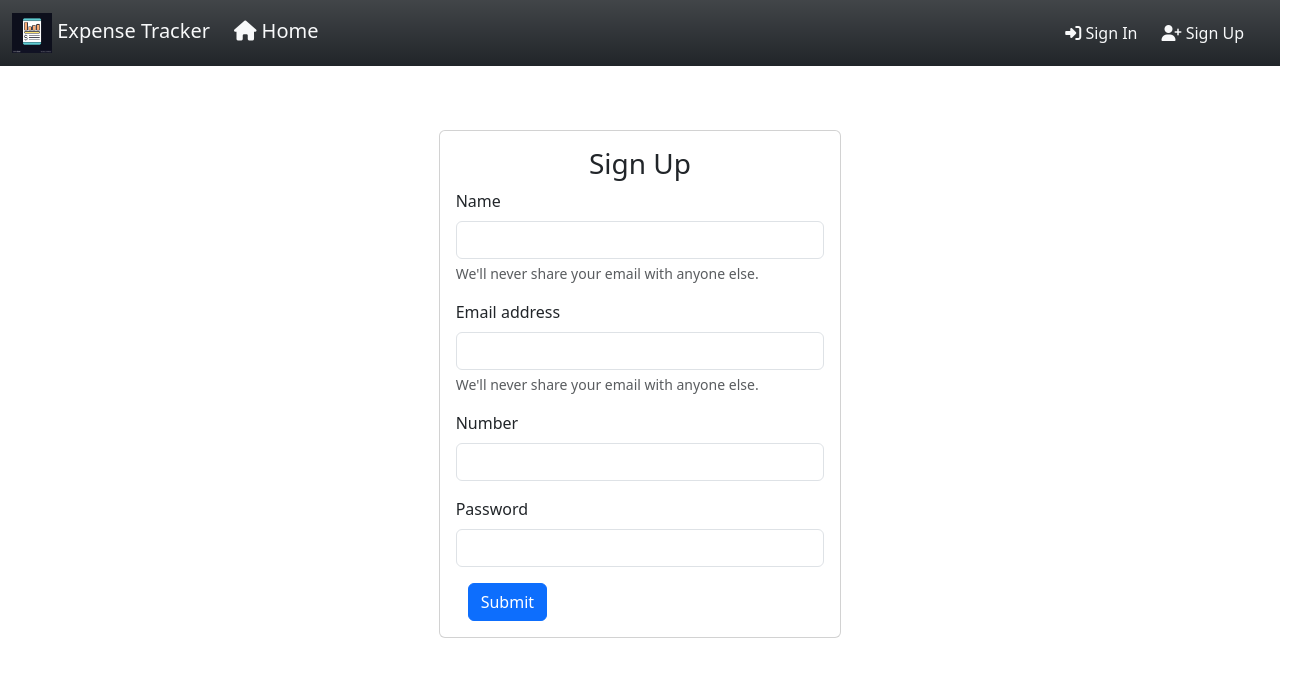
Repository: Gaurav560/OnlineExpenseTracker
Page: http://localhost/Online_Expense_Tracker/register.jsp
An editor plug-in stored every save of this project. The page is shown before and after the next save, followed by the edit.
The browser window is 1280 px wide. The page is 1292 px wide, so the pictures cover 1292 px, including what lies to the right of the window. The pictures show the whole page.
The page is served by Tomcat 9.

Above is the page before, as saved 2023-05-04 14:40:40.

After the next save:
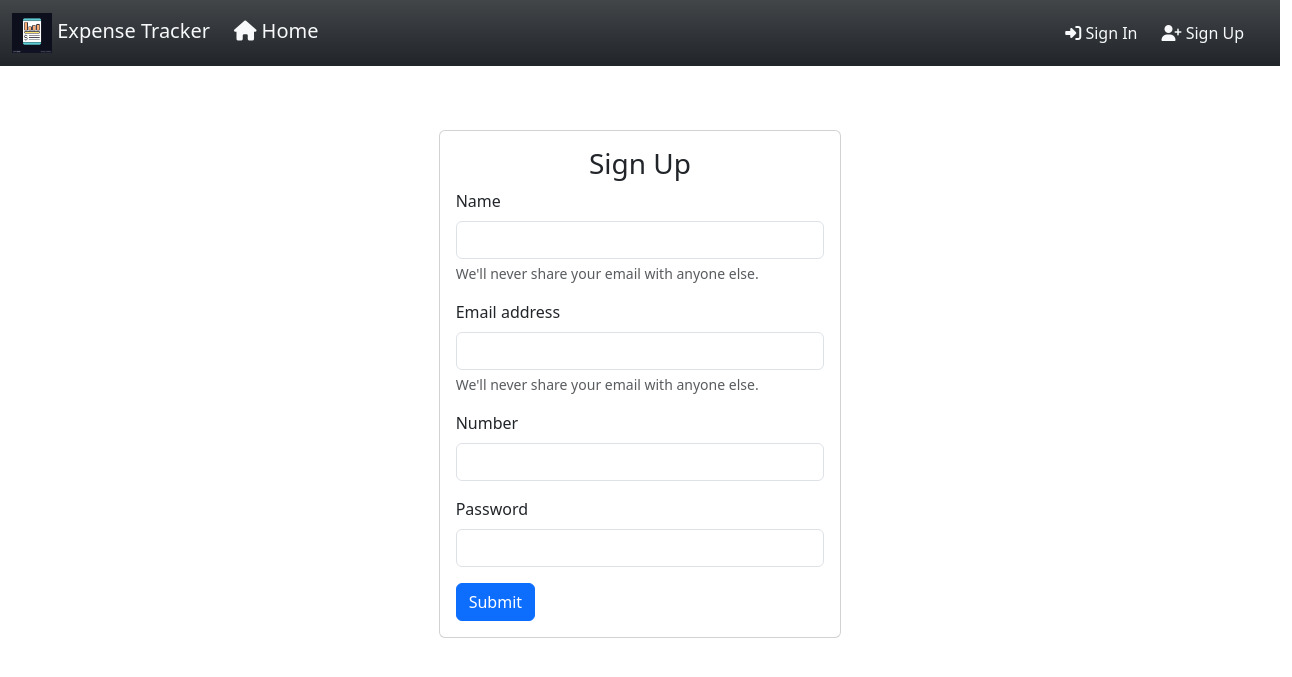
Saved 11 s later.
--- a/Online_Expense_Tracker/src/main/webapp/register.jsp
+++ b/Online_Expense_Tracker/src/main/webapp/register.jsp
@@ -48,7 +48,7 @@
 								<input type="password" class="form-control"
 									id="exampleInputPassword1">
 							</div>
-<div class="container text center"><button type="submit" class="btn btn-primary">Submit</button></div>
+<div class=" text center"><button type="submit" class="btn btn-primary">Submit</button></div>
 
 						</form>
 
